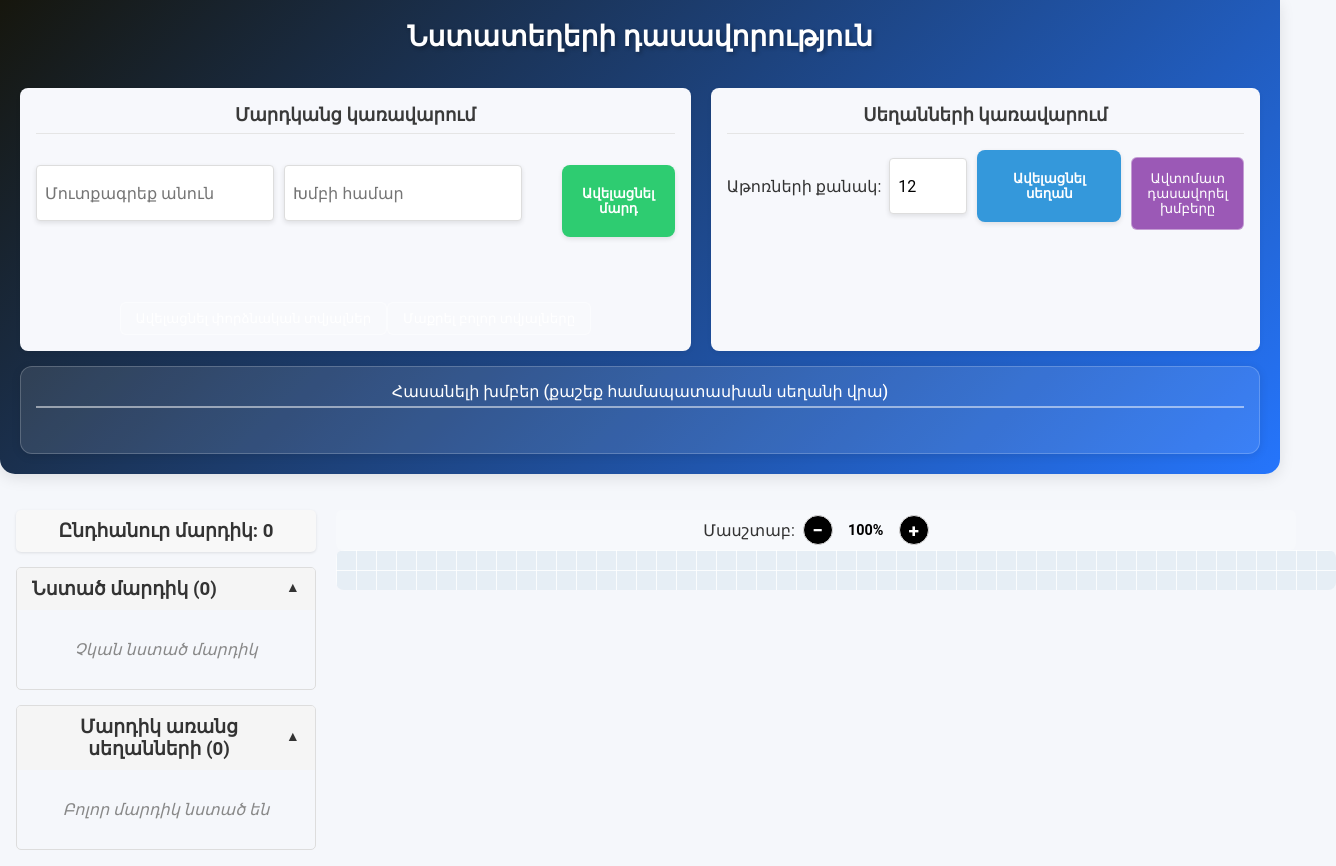
Repository: Vahan-23/Table-V2
Page: /
These files come from the project's save history. The page is drawn as it stood at one moment and after the next save; the edit follows.
The browser window is 1280 px wide. The page is 1336 px wide, so the pictures cover 1336 px, including what lies to the right of the window. The pictures show the whole page.
The project was rebuilt for these pictures with package versions that can differ from the ones it lists, and the page was loaded fresh each time.

Above is the page before, as saved 2025-03-02 17:19:48.

### src/component/App.css
/* Modern styles for the Seating Arrangement app */

* {
  margin: 0;
  padding: 0;
  font-family: 'Roboto', 'Segoe UI', Arial, sans-serif;
}

body {
  background-color: #f5f7fb;
  color: #333;
}

.app-container {
  display: flex;
  flex-direction: column;
  min-height: 100vh;
}

/* Header Styles */
.app-header {
  background: linear-gradient(135deg, rgb(22 22 13) 0%, rgb(37, 117, 252) 100%);
  padding: 20px;
  border-radius: 0 0 15px 15px;
  box-shadow: 0 4px 15px rgba(0, 0, 0, 0.1);
  margin-bottom: 20px;
}

.header-content {
  display: flex;
  justify-content: space-between;
  align-items: center;
  max-width: 1600px;
  margin: 0 auto;
  width: 100%;
  flex-direction: column;
}

.logo {
  color: white;
  font-size: 28px;
  font-weight: bold;
  text-shadow: 2px 2px 4px rgba(0, 0, 0, 0.3);
  margin-bottom: 15px;
}

.header-controls {
  background: rgba(255, 255, 255, 0.15);
  backdrop-filter: blur(10px);
  padding: 15px;
  border-radius: 12px;
  box-shadow: inset 0 1px 1px rgba(255, 255, 255, 0.1), 0 1px 2px rgba(0, 0, 0, 0.1);
  display: flex;
  width: 80%;
}

.control-group {
  display: flex;
  flex-wrap: wrap;
  gap: 1rem;
  width: 100%;
}

.input-group {
  display: flex;
  gap: 10px;
  margin-bottom: 15px;
  align-items: center;
}

.input-field {
  flex: 1;
  padding: 10px 15px;
  border-radius: 8px;
  border: none;
  font-size: 16px;
  box-shadow: 0 2px 5px rgba(0, 0, 0, 0.1);
}

.input-group input, .table-controls input {
  height: 38px;
  padding: 0.5rem;
  border: 1px solid #ddd;
  border-radius: 4px;
  outline: none;
  transition: border-color 0.2s;
}

.input-group input:focus, .table-controls input:focus {
  border-color: #2563eb;
}

.group-input-container {
  position: relative;
  flex: 1;
}

.group-dropdown {
  position: absolute;
  top: 100%;
  left: 0;
  width: 100%;
  max-height: 200px;
  overflow-y: auto;
  z-index: 10;
  background-color: white;
  border: none;
  border-radius: 8px;
  box-shadow: 0 4px 12px rgba(0, 0, 0, 0.15);
  margin-top: 5px;
}

.dropdown-item {
  padding: 10px 15px;
  cursor: pointer;
  border-bottom: 1px solid #eee;
  transition: background-color 0.2s;
}

.dropdown-item:hover {
  background-color: #f5f5f5;
}

.dropdown-item-new {
  padding: 10px 15px;
  cursor: pointer;
  background-color: #f0f0f0;
  font-style: italic;
  border-radius: 0 0 8px 8px;
  z-index: 2;
}

.dropdown-empty {
  padding: 10px 15px;
  color: #666;
}

button {
  cursor: pointer;
  border: none;
  border-radius: 4px;
  padding: 0.5rem 1rem;
  font-weight: 500;
  transition: all 0.2s;
}

.primary-btn {
  background-color: #2563eb;
  color: white;
  border: none;
  border-radius: 8px;
  font-weight: bold;
  cursor: pointer;
  box-shadow: 0 2px 5px rgba(0, 0, 0, 0.1);
  transition: transform 0.2s, background-color 0.2s;
}

.primary-btn:hover {
  background-color: #1d4ed8;
}

.add-person-btn {
  margin-left: 30px;
  padding: 21px 20px;
  background-color: #2ecc71;
  color: white;
}

.add-person-btn:hover {
  background-color: #27ae60;
  transform: translateY(-2px);
}

.secondary-btn {
  padding: 8px 15px;
  background-color: rgba(255, 255, 255, 0.2);
  color: white;
  border: 1px solid rgba(255, 255, 255, 0.4);
  border-radius: 6px;
  cursor: pointer;
  transition: background-color 0.2s;
}

.secondary-btn:hover {
  background-color: rgba(255, 255, 255, 0.3);
}

.table-controls {
  display: flex;
  align-items: center;
  gap: 10px;
  margin-bottom: 15px;
}

.chair-count-input {
  width: 120px;
  padding: 10px 15px;
  border-radius: 8px;
  border: none;
  font-size: 16px;
  box-shadow: 0 2px 5px rgba(0, 0, 0, 0.1);
}

.add-table-btn {
  flex: 1;
  padding: 21px 15px;
  background-color: #3498db;
  color: white;
}

.add-table-btn:hover {
  background-color: #2980b9;
  transform: translateY(-2px);
}

.create-all-tables-btn {
  flex: 2;
  padding: 13px 15px;
  background-color: #9b59b6;
  color: white;
}

.create-all-tables-btn:hover {
  background-color: #8e44ad;
  transform: translateY(-2px);
}

/* Bottom controls section */
.bottom-controls {
  display: flex;
  justify-content: space-between;
  align-items: center;
}

/* Save controls */
.save-controls {
  display: flex;
  align-items: center;
  gap: 0.5rem;
}

/* Zoom controls */
.zoom-controls {
  display: flex;
  align-items: center;
  gap: 8px;
  background-color: rgba(255, 255, 255, 0.2);
  padding: 5px 10px;
  border-radius: 6px;
  justify-content: center;
}

.zoom-btn {
  width: 30px;
  height: 30px;
  border-radius: 50%;
  border: none;
  background-color: rgba(255, 255, 255, 0.3);
  color: white;
  font-size: 18px;
  font-weight: bold;
  cursor: pointer;
  display: flex;
  justify-content: center;
  align-items: center;
}

.zoom-controls button {
  width: 30px;
  height: 30px;
  display: flex;
  align-items: center;
  justify-content: center;
  background-color: #000000;
  border-radius: 50%;
  font-size: 1.2rem;
  padding: 0;
}

.zoom-controls span {
  font-size: 0.9rem;
  min-width: 50px;
  text-align: center;
}

.zoom-percentage {
  color: rgb(0, 0, 0);
  font-weight: bold;
}

/* Groups Container */
.groups-container {
  background-color: rgba(255, 255, 255, 0.1);
  border-radius: 12px;
  padding: 15px;
  margin-top: 15px;
  box-shadow: 0 2px 10px rgba(0, 0, 0, 0.1);
  border: 1px solid rgba(255, 255, 255, 0.2);
}

.groups-header {
  display: flex;
  flex-direction: column;
  gap: 10px;
}

.groups-header h3 {
  color: #ffffff;
  font-size: 1rem;
  font-weight: 500;
}

.groups-title {
  margin: 0 0 10px 0;
  font-size: 20px;
  color: white;
  font-weight: 600;
  border-bottom: 2px solid rgba(255, 255, 255, 0.5);
  padding-bottom: 5px;
  display: inline-block;
}

.groups-wrapper {
  display: flex;
  flex-wrap: nowrap;
  gap: 12px;
  overflow-x: auto;
  padding: 5px 0;
  max-height: 100px;
  max-width: 100%;
  scrollbar-width: thin;
  scrollbar-color: rgba(255, 255, 255, 0.5) transparent;
}

.groups-wrapper::-webkit-scrollbar {
  height: 6px;
  width: 6px;
}

.groups-wrapper::-webkit-scrollbar-track {
  background: #f1f1f1;
  border-radius: 10px;
}

.groups-wrapper::-webkit-scrollbar-thumb {
  background: #3498db;
  border-radius: 10px;
}

.groups-wrapper::-webkit-scrollbar-thumb:hover {
  background: #2980b9;
}

/* Main Content */
.main-content {
  display: flex;
  flex: 1;
  padding: 1rem;
  gap: 20px;
  max-width: 1600px;
  margin: 0 auto;
  width: 100%;
}

/* Sidebar */
.sidebar {
  width: 300px;
  flex-shrink: 0;
}

.unseated-people-list, .people-list {
  background-color: white;
  border-radius: 8px;
  padding: 15px;
  margin-top: 20px;
  box-shadow: 0 2px 8px rgba(0, 0, 0, 0.1);
  margin-bottom: 1.5rem;
}

.unseated-people-list h3, .people-list h3 {
  margin-top: 0;
  margin-bottom: 15px;
  color: #333;
  font-size: 18px;
  font-weight: 600;
  border-bottom: 1px solid #e5e7eb;
  padding-bottom: 0.5rem;
}

.unseated-people-grid, .people-grid {
  display: grid;
  grid-template-columns: repeat(auto-fill, minmax(120px, 1fr));
  gap: 10px;
}

.unseated-person-card, .person-card {
  position: relative;
  background-color: #f9f9f9;
  border-radius: 6px;
  padding: 10px;
  box-shadow: 0 1px 3px rgba(0, 0, 0, 0.1);
  font-size: 0.9rem;
  display: flex;
  justify-content: space-between;
  align-items: center;
}

.person-card {
  flex-direction: column;
  align-items: flex-start;
  gap: 0.25rem;
}

.person-name {
  display: block;
  font-weight: bold;
  font-size: 14px;
  margin-bottom: 4px;
}

.person-group {
  display: block;
  font-size: 12px;
  color: #666;
}

.group-tag {
  background-color: #e0e7ff;
  color: #4f46e5;
  border-radius: 4px;
  padding: 0.15rem 0.4rem;
  font-size: 0.75rem;
  font-weight: 500;
}

.delete-btn {
  position: absolute;
  top: 5px;
  right: 5px;
  width: 20px;
  height: 20px;
  border-radius: 50%;
  background-color: #e74c3c;
  color: white;
  border: none;
  display: flex;
  align-items: center;
  justify-content: center;
  font-size: 10px;
  cursor: pointer;
  opacity: 0.7;
  transition: opacity 0.2s;
}

.delete-btn:hover {
  background-color: #fee2e2;
  opacity: 1;
}

/* Tables Area */
.tables-area {
  background-image: linear-gradient(rgba(255, 255, 255, 0.8) 1px, transparent 1px),
      linear-gradient(90deg, rgba(255, 255, 255, 0.8) 1px, transparent 1px);
  background-size: 20px 20px;
  background-color: #e6eef5;
  flex: 1;
  min-height: 600px;
  border-radius: 8px;
  padding: 20px;
  position: relative;
  transform-origin: top left;
  display: flex;
  flex-wrap: wrap;
  gap: 2rem;
  align-content: flex-start;
  min-height: 70vh;
}

/* Table Styles */
.table-container {
  background-color: white;
  border-radius: 10px;
  box-shadow: 0 4px 12px rgba(0, 0, 0, 0.08);
  padding: 1rem;
  width: fit-content;
  margin-bottom: 20px;
  flex-shrink: 0;
}

.table-header {
  display: flex;
  justify-content: space-between;
  align-items: center;
  margin-bottom: 1rem;
}

.table-header h3 {
  font-size: 1rem;
  font-weight: 600;
  color: #374151;
}

.delete-table-btn {
  background-color: #fee2e2;
  color: #ef4444;
  font-size: 0.8rem;
  padding: 0.25rem 0.5rem;
}

.delete-table-btn:hover {
  background-color: #fecaca;
}

.table {
  margin: 20px;
  width: 200px;
  height: 200px;
  border: 50px solid #e7d8c7;
  border-radius: 50%;
  display: flex;
  justify-content: center;
  align-items: center;
  background-image: url('../../public/table.jpg');
  background-size: cover;
}

.table-top {
  position: relative;
  top: -15%;
  left: -15%;
}

.chair {
  position: absolute;
  width: 60px;
  height: 60px;
  background-size: cover;
  background-position: center;
  background-repeat: no-repeat;
  color: white;
  display: flex;
  justify-content: center;
  align-items: center;
  border-radius: 50%;
  font-size: 12px;
  text-align: center;
  cursor: pointer;
  transition: transform 0.2s ease, opacity 0.2s ease;
}

.chair:hover {
  transform: scale(1.1);
  opacity: 0.7;
}

/* New Table Dropzone */
.new-table-dropzone {
  width: 300px;
  height: 200px;
  border: 2px dashed #3498db;
  border-radius: 8px;
  display: flex;
  align-items: center;
  justify-content: center;
  background-color: rgba(52, 152, 219, 0.05);
  transition: all 0.3s;
  margin-bottom: 20px;
}

.new-table-dropzone.hovered {
  background-color: rgba(52, 152, 219, 0.47);
  border-color: #4f46e5;
}

.dropzone-content {
  display: flex;
  flex-direction: column;
  align-items: center;
  justify-content: center;
  text-align: center;
  padding: 20px;
  gap: 1rem;
}

.dropzone-icon {
  font-size: 32px;
  color: #3498db;
  margin-bottom: 10px;
}

.dropzone-text {
  font-size: 16px;
  font-weight: bold;
  color: #333;
}

/* Popup styles */
.popup-overlay {
  position: fixed;
  top: 0;
  left: 0;
  right: 0;
  bottom: 0;
  background-color: rgba(0, 0, 0, 0.5);
  display: flex;
  align-items: center;
  justify-content: center;
  z-index: 1000;
}

.popup {
  background-color: white;
  border-radius: 10px;
  padding: 1.5rem;
  min-width: 300px;
  max-width: 400px;
  max-height: 80vh;
  overflow-y: auto;
  box-shadow: 0 10px 25px rgba(0, 0, 0, 0.2);
}

.popup h3 {
  margin-bottom: 1rem;
  color: #374151;
}

.person-selection-list {
  list-style: none;
  margin-bottom: 1rem;
}

.person-selection-list li {
  padding: 0.75rem;
  border-radius: 6px;
  cursor: pointer;
  transition: background-color 0.2s;
}

.person-selection-list li:hover {
  background-color: #f3f4f6;
}

.close-btn {
  background-color: #e5e7eb;
  color: #4b5563;
  width: 100%;
  padding: 0.75rem;
  border-radius: 6px;
  margin-top: 1rem;
}

.close-btn:hover {
  background-color: #d1d5db;
}

/* Fullscreen popup styles */
.fullscreen-popup {
  position: fixed;
  top: 0;
  left: 0;
  width: 100%;
  height: 100%;
  background-color: rgba(0, 0, 0, 0.7);
  z-index: 1000;
  display: flex;
  justify-content: center;
  align-items: center;
}

.fullscreen-popup-overlay {
  position: absolute;
  top: 0;
  left: 0;
  width: 100%;
  height: 100%;
  background-color: rgba(0, 0, 0, 0.7);
  display: flex;
  justify-content: center;
  align-items: center;
}

.fullscreen-popup-content {
  background-color: white;
  border-radius: 8px;
  padding: 20px;
  max-width: 600px;
  width: 90%;
  max-height: 80vh;
  overflow-y: auto;
  box-shadow: 0 10px 25px rgba(0, 0, 0, 0.2);
}

.fullscreen-popup-content h3 {
  margin-top: 0;
  margin-bottom: 20px;
  text-align: center;
  font-size: 18px;
  color: #333;
}

.person-selection-grid {
  display: grid;
  grid-template-columns: repeat(auto-fill, minmax(180px, 1fr));
  gap: 15px;
  margin-bottom: 20px;
  max-height: 60vh;
  overflow-y: auto;
  padding: 10px;
  margin-top: 20px;
}

.person-selection-item {
  background-color: #f9f9f9;
  border: 1px solid #ddd;
  border-radius: 6px;
  padding: 12px;
  cursor: pointer;
  transition: all 0.2s ease;
  display: flex;
  flex-direction: column;
}

.person-selection-item:hover {
  background-color: #e8f4fd;
  transform: translateY(-2px);
  box-shadow: 0 4px 8px rgba(0, 0, 0, 0.1);
}

.person-selection-name {
  display: block;
  font-weight: bold;
  margin-bottom: 4px;
}

.person-selection-group {
  display: block;
  font-size: 12px;
  color: #666;
}

.no-people-message {
  text-align: center;
  padding: 20px;
  color: #666;
  grid-column: 1 / -1;
}

.close-popup-btn {
  display: block;
  margin: 0 auto;
  background-color: #3498db;
  color: white;
  border: none;
  border-radius: 4px;
  padding: 10px 20px;
  font-size: 16px;
  cursor: pointer;
  transition: background-color 0.2s ease;
}

.close-popup-btn:hover {
  background-color: #2980b9;
}

/* Remove person popup */
.remove-person-popup {
  text-align: center;
}

.popup-title {
  text-align: center;
  margin-bottom: 20px;
}

.person-info-card {
  background-color: #f9f9f9;
  padding: 15px;
  border-radius: 8px;
  margin-bottom: 20px;
  box-shadow: 0 2px 4px rgba(0, 0, 0, 0.1);
}

.person-info-name {
  text-align: center;
  font-size: 18px;
  margin: 0 0 10px 0;
  font-weight: bold;
}

.person-info-group {
  text-align: center;
  margin: 0;
  color: #666;
}

.confirmation-text {
  text-align: center;
  margin-bottom: 20px;
  color: #555;
}

.popup-buttons {
  display: flex;
  justify-content: center;
  gap: 15px;
}

.remove-btn {
  padding: 10px 20px;
  background-color: #e74c3c;
  color: white;
  border: none;
  border-radius: 4px;
  cursor: pointer;
  font-weight: bold;
}

.cancel-btn {
  padding: 10px 20px;
  background-color: #7f8c8d;
  color: white;
  border: none;
  border-radius: 4px;
  cursor: pointer;
}

/* Group card styles */
.group-card {
  flex: 0 0 auto;
  min-width: 100px;
  background-color: white;
  border-radius: 6px;
  padding: 8px 12px;
  box-shadow: 0 1px 3px rgba(0,0,0,0.1);
  cursor: grab;
  transition: transform 0.2s, box-shadow 0.2s;
  border-left: 4px solid #3498db;
}

.group-card:hover {
  transform: translateY(-2px);
  box-shadow: 0 3px 6px rgba(0,0,0,0.15);
}

.group-card.dragging {
  opacity: 0.5;
}

.group-name {
  font-weight: 600;
  font-size: 0.9rem;
  color: #2563eb;
  margin-bottom: 5px;
}

.group-count {
  font-size: 0.8rem;
  color: #6b7280;
  margin-top: 0.25rem;
}

/* Responsive adjustments */
@media (max-width: 992px) {
  .header-content {
    flex-direction: column;
    align-items: flex-start;
    gap: 1rem;
  }

  .header-controls {
    width: 100%;
  }

  .main-content {
    flex-direction: column;
  }

  .sidebar {
    width: 100%;
  }
}


.people-section {
  display: flex;
  flex-direction: column;
  gap: 15px;
}

.total-people-counter {
  background-color: #f8f8f8;
  padding: 10px;
  border-radius: 5px;
  text-align: center;
  box-shadow: 0 1px 3px rgba(0,0,0,0.1);
}

.people-box {
  border: 1px solid #ddd;
  border-radius: 5px;
  overflow: hidden;
}

.people-header {
  display: flex;
  align-items: center;
  justify-content: space-between;
  padding: 10px 15px;
  background-color: #f5f5f5;
  cursor: pointer;
}

.people-header:hover {
  background-color: #e9e9e9;
}

.expand-arrow {
  font-size: 14px;
  transition: transform 0.3s ease;
}

.expand-arrow.expanded {
  transform: rotate(180deg);
}

.people-grid-container {
  max-height: 700px;
  overflow-y: auto;
}

.people-grid {
  display: grid;
  grid-template-columns: repeat(auto-fill, minmax(200px, 1fr));
  gap: 10px;
  padding: 10px;
}

.person-card {
  position: relative;
  padding: 10px;
  border-radius: 4px;
  box-shadow: 0 1px 3px rgba(0,0,0,0.1);
  display: flex;
  flex-direction: column;
}

.person-card.seated {
  background-color: rgba(144, 238, 144, 0.2);
  border-left: 3px solid #4CAF50;
}

.person-card.unseated {
  background-color: rgba(255, 235, 205, 0.2);
  border-left: 3px solid #FFA500;
}

.person-name {
  font-weight: bold;
  margin-bottom: 4px;
}

.person-group {
  font-size: 12px;
  color: #666;
}

.delete-btn {
  position: absolute;
  top: 5px;
  right: 5px;
  width: 20px;
  height: 20px;
  border-radius: 50%;
  background-color: #ff6b6b;
  color: white;
  border: none;
  display: flex;
  align-items: center;
  justify-content: center;
  cursor: pointer;
  font-size: 10px;
}

.delete-btn:hover {
  background-color: #ff5252;
}

.empty-message {
  grid-column: 1 / -1;
  padding: 20px;
  text-align: center;
  color: #888;
  font-style: italic;
}

/* Scrollbar styling */
.people-grid-container::-webkit-scrollbar {
  width: 8px;
}

.people-grid-container::-webkit-scrollbar-track {
  background: #f1f1f1;
  border-radius: 4px;
}

.people-grid-container::-webkit-scrollbar-thumb {
  background: #888;
  border-radius: 4px;
}

.people-grid-container::-webkit-scrollbar-thumb:hover {
  background: #555;
}
/* Split header sections styling */
.header-sections {
  display: flex;
  width: 100%;
  gap: 20px;
  margin-top: 20px;
}

.header-section {
  flex: 1;
  background-color: #f7f8fc;
  border-radius: 8px;
  padding: 16px;
  box-shadow: 0 2px 5px rgba(0,0,0,0.05);
}

.section-main-title {
  color: #3a3a3a;
  margin-top: 0;
  margin-bottom: 16px;
  padding-bottom: 8px;
  border-bottom: 1px solid #e5e5e5;
  font-size: 18px;
}

/* People section specific */
.people-section .input-row {
  display: flex;
  gap: 10px;
  margin-bottom: 15px;
}

.people-section .data-management {
  margin-top: 20px;
}

/* Table section specific */
.tables-section .table-controls-row {
  display: flex;
  align-items: center;
  gap: 10px;
  margin-bottom: 15px;
}

.tables-section .chair-count-container {
  display: flex;
  align-items: center;
  gap: 8px;
}

.tables-section .chair-count-input {
  width: 60px;
}

.tables-section .zoom-controls {
  display: flex;
  align-items: center;
  margin-top: 20px;
  gap: 10px;
}

.zoom-buttons {
  display: flex;
  align-items: center;
}

.zoom-btn {
  width: 30px;
  height: 30px;
  display: flex;
  align-items: center;
  justify-content: center;
  border-radius: 4px;
  background-color: #f0f0f0;
  border: 1px solid #ddd;
  cursor: pointer;
}

.zoom-percentage {
  margin: 0 8px;
  min-width: 50px;
  text-align: center;
}

Loaded but not shown: public/index.html (common file); src/index.js (common file); src/index.css (common file); src/reportWebVitals.js (common file); src/App.css (common file); src/App.js (12 lines, source omitted); src/component/SeatingArrangement.jsx (1042 lines, source omitted)

After the next save:
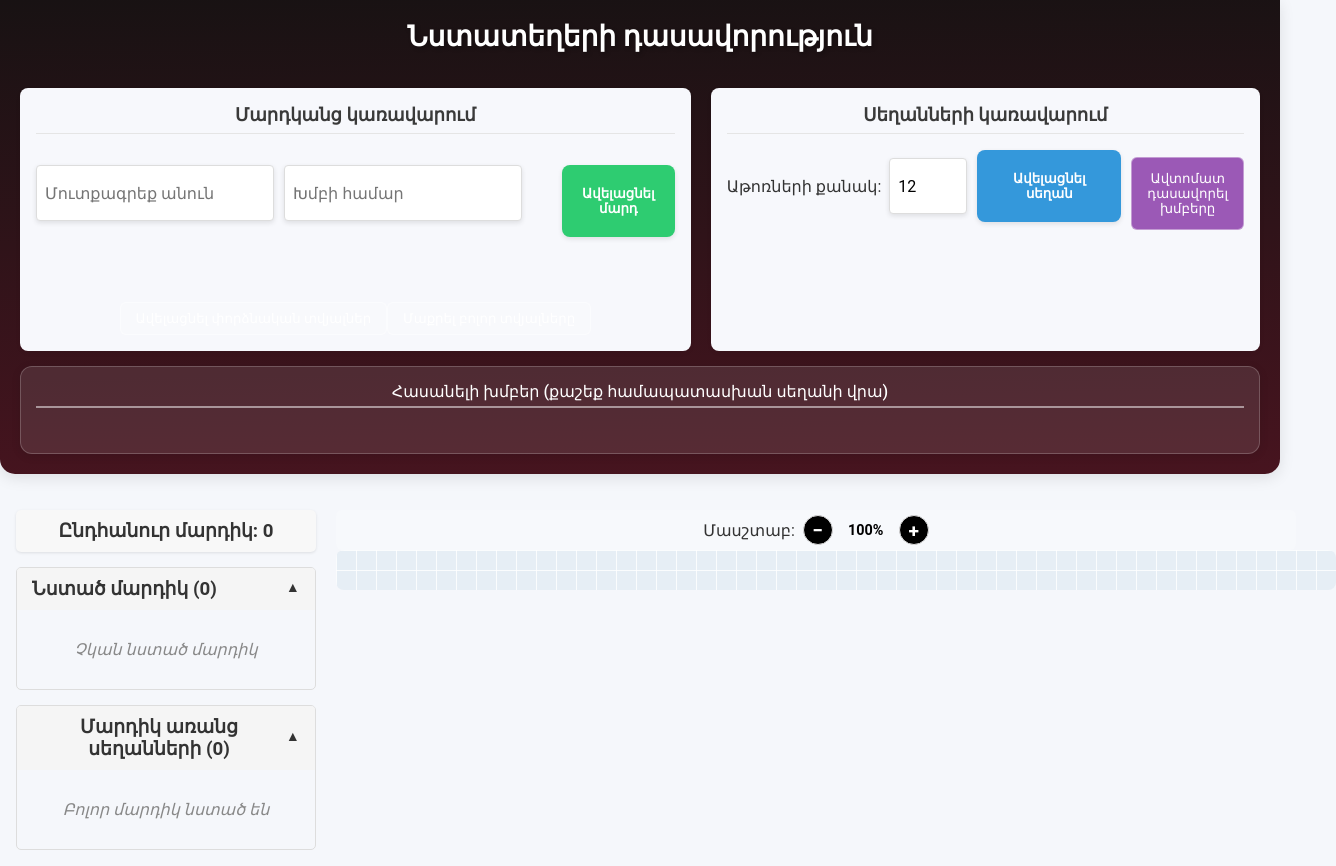
Saved 2 min 51 s later.
--- a/src/component/App.css
+++ b/src/component/App.css
@@ -19,7 +19,7 @@ body {
 
 /* Header Styles */
 .app-header {
-  background: linear-gradient(135deg, rgb(22 22 13) 0%, rgb(37, 117, 252) 100%);
+  background: linear-gradient(179deg, #181213 0%, rgb(71 20 31) 100%);
   padding: 20px;
   border-radius: 0 0 15px 15px;
   box-shadow: 0 4px 15px rgba(0, 0, 0, 0.1);
